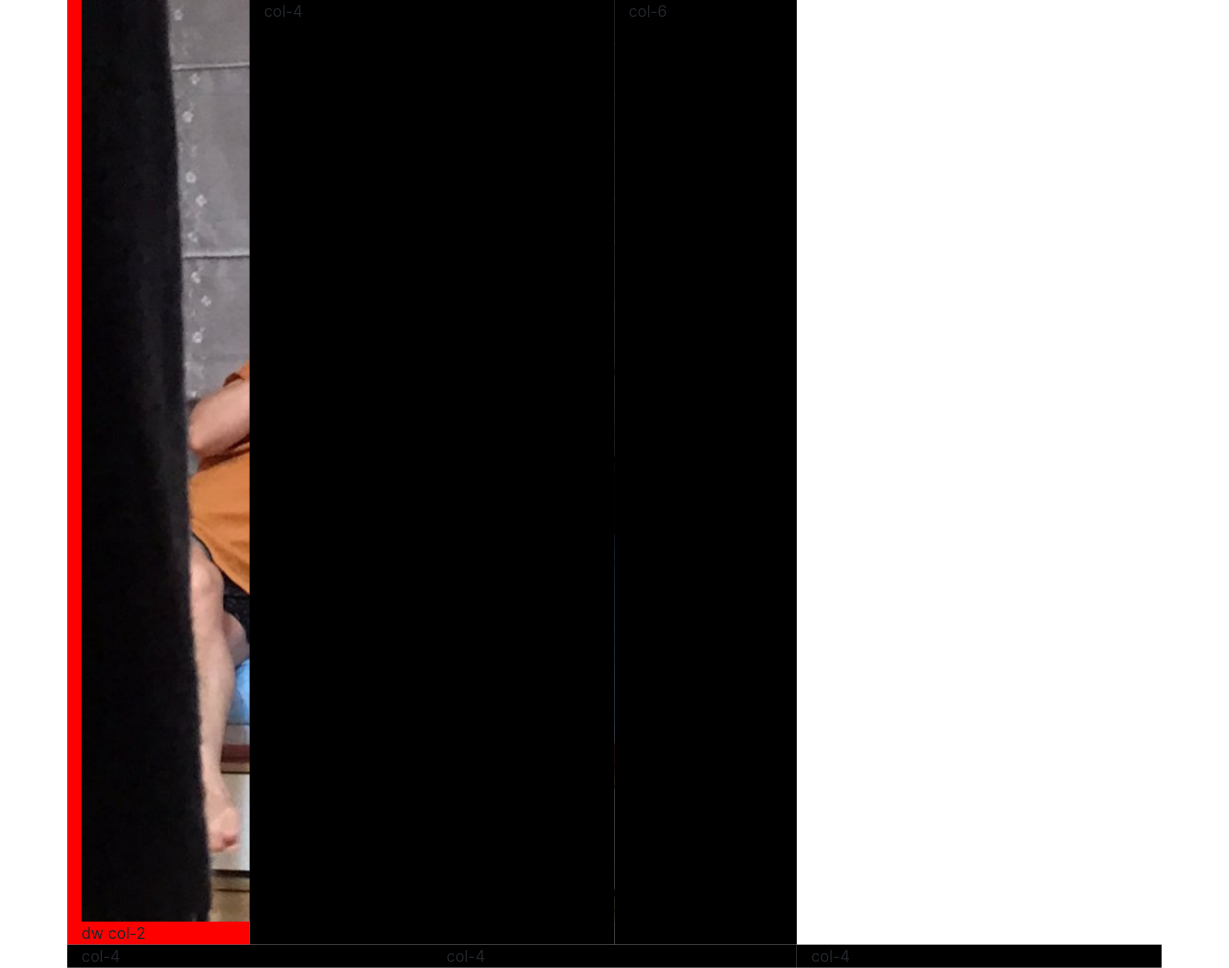
Repository: seungminlll3420/ruby_on_rails
Page: wep.html
The author's editor kept a record of every edit. The page is drawn from the files as they stood at one moment, then again after the next edit.
The browser window is 1280 px wide. The pictures show the whole page, at 96% of full size.

Above is the page before.

### wep.html

</html>
<!doctype html>
<html lang="en">
  <head>
    <!-- Required meta tags -->
    <meta charset="utf-8">
    <meta name="viewport" content="width=device-width, initial-scale=1, shrink-to-fit=no">

    <!-- Bootstrap CSS -->
    <link rel="stylesheet" href="https://stackpath.bootstrapcdn.com/bootstrap/4.4.1/css/bootstrap.min.css" integrity="sha384-Vkoo8x4CGsO3+Hhxv8T/Q5PaXtkKtu6ug5TOeNV6gBiFeWPGFN9MuhOf23Q9Ifjh" crossorigin="anonymous">

    <title>Hello, world!</title>
  </head>
  <body>
      <div class="container">
        <div class="row">
            <div class="col-2" style="background-color: red;">
                <img src="./img/이종호.jpg">dw</img>
                col-2
            </div>
            <div class="col-4" style="background-color: black;">
                col-4
            </div>
            <div class="col-2" style="background-color: black;">
                col-6
            </div>
        </div>
        <div class="row">
            <div class="col-4" style="background-color: black;">
                col-4
            </div>
            <div class="col-4" style="background-color: black;">
                col-4
            </div>
            <div class="col-4" style="background-color: black;">
                col-4
            </div>
        </div>
    </div>
    <!-- Optional JavaScript -->
    <!-- jQuery first, then Popper.js, then Bootstrap JS -->
    <script src="https://code.jquery.com/jquery-3.4.1.slim.min.js" integrity="sha384-J6qa4849blE2+poT4WnyKhv5vZF5SrPo0iEjwBvKU7imGFAV0wwj1yYfoRSJoZ+n" crossorigin="anonymous"></script>
    <script src="https://cdn.jsdelivr.net/npm/popper.js@1.16.0/dist/umd/popper.min.js" integrity="sha384-Q6E9RHvbIyZFJoft+2mJbHaEWldlvI9IOYy5n3zV9zzTtmI3UksdQRVvoxMfooAo" crossorigin="anonymous"></script>
    <script src="https://stackpath.bootstrapcdn.com/bootstrap/4.4.1/js/bootstrap.min.js" integrity="sha384-wfSDF2E50Y2D1uUdj0O3uMBJnjuUD4Ih7YwaYd1iqfktj0Uod8GCExl3Og8ifwB6" crossorigin="anonymous"></script>
  </body>
</html>

After the next edit:
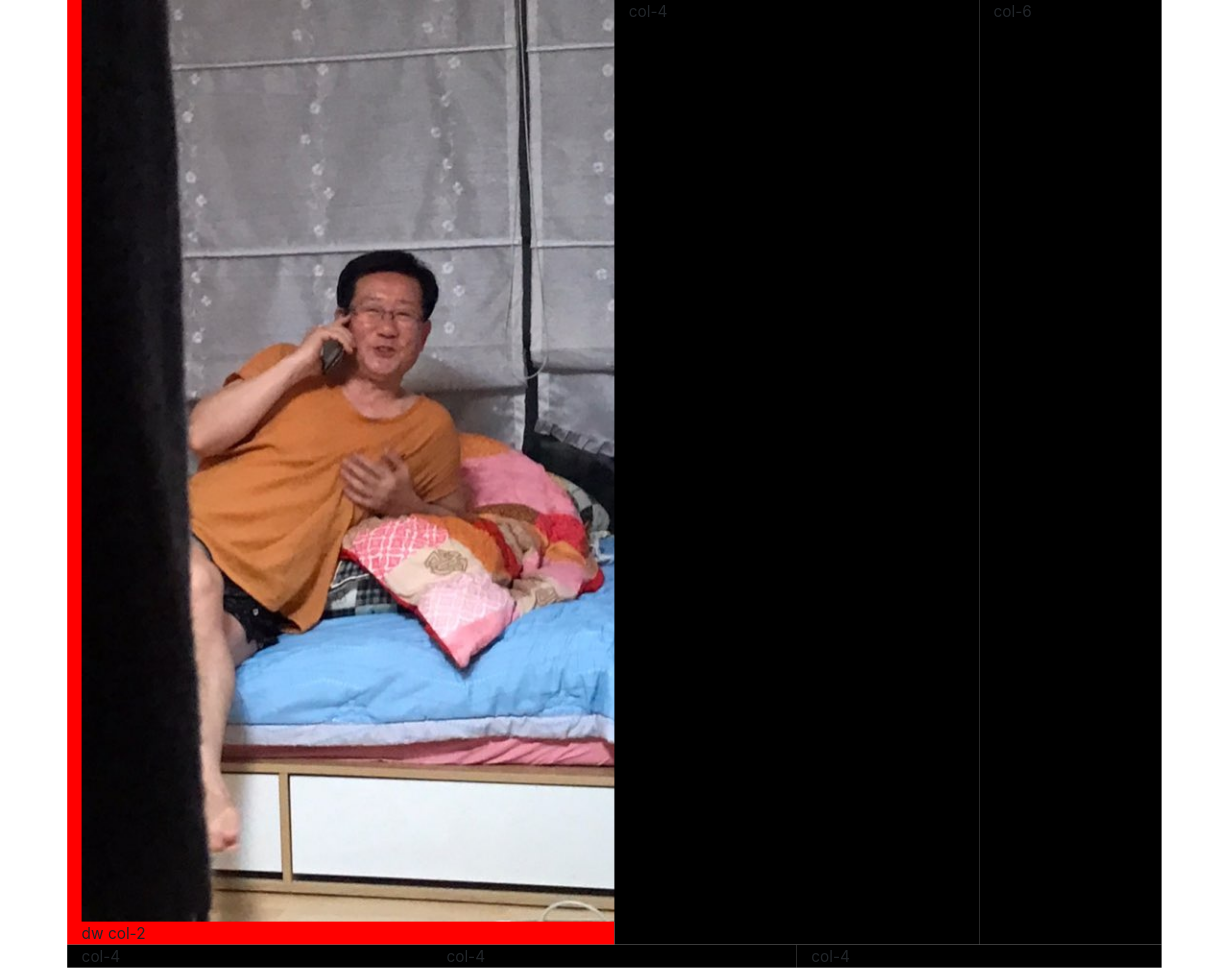
The edit:
--- a/wep.html
+++ b/wep.html
@@ -15,7 +15,7 @@
   <body>
       <div class="container">
         <div class="row">
-            <div class="col-2" style="background-color: red;">
+            <div class="col-6" style="background-color: red;">
                 <img src="./img/이종호.jpg">dw</img>
                 col-2
             </div>
